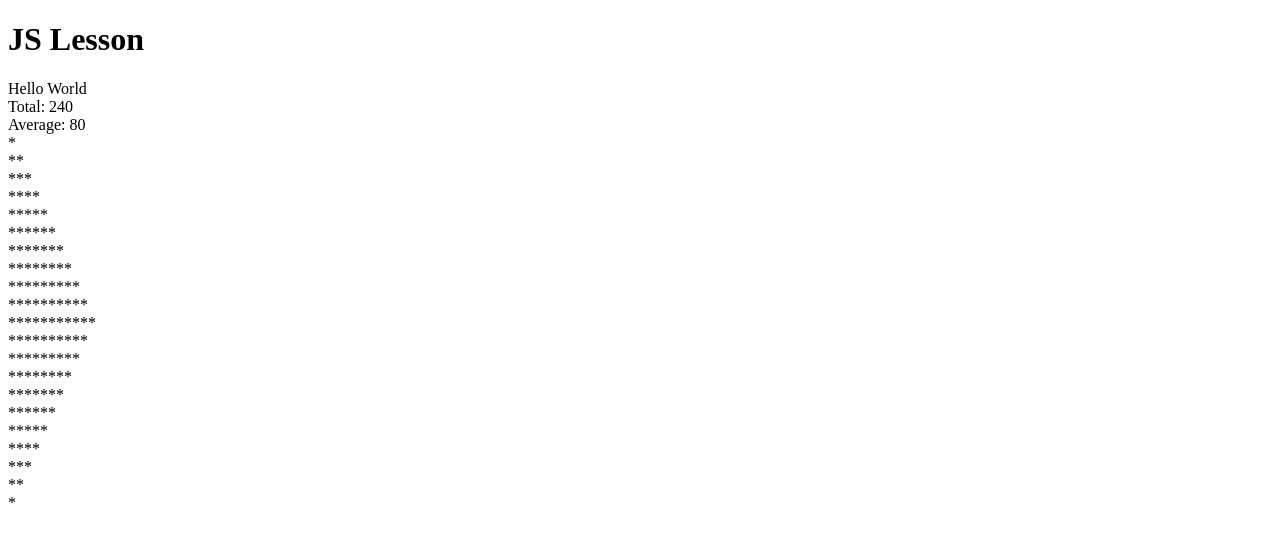
Repository: Haakim19/JavaScript
Page: index2.html
These files come from the project's save history. The page is drawn as it stood at one moment and after the next save; the edit follows.
The browser window is 1280 px wide. The pictures show the whole page.

Above is the page before, as saved 2024-11-06 15:34:00.

After the next save:
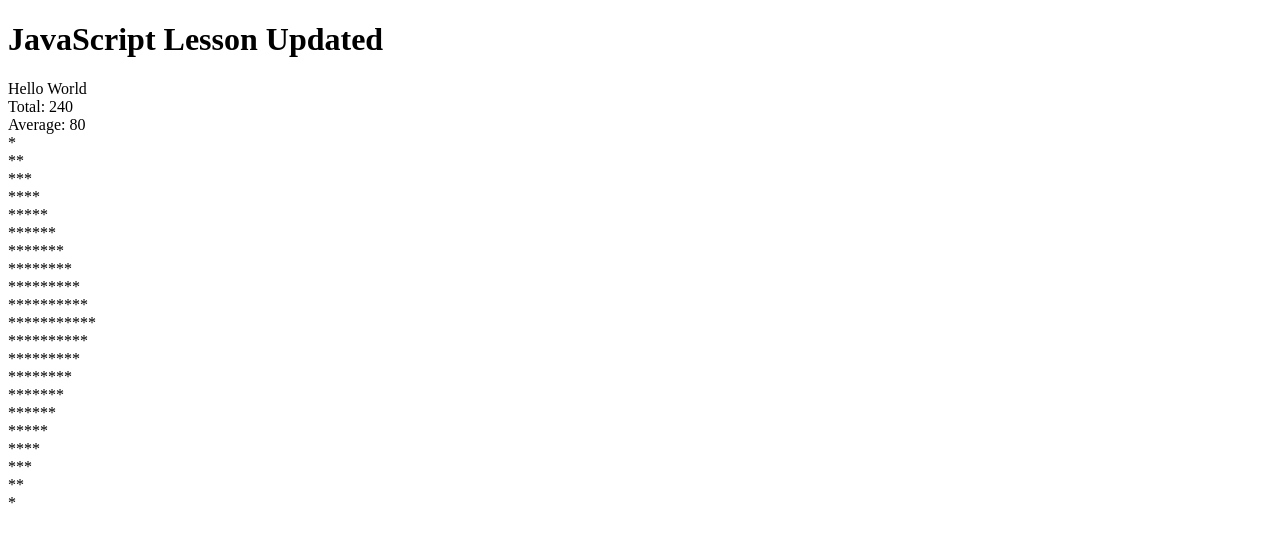
Saved 47 s later.
--- a/index2.html
+++ b/index2.html
@@ -33,7 +33,7 @@
             document.write('<br>');
         }
         window.alert("Hello World");
-        innerWidth = window.innerWidth;
+        document.getElementsByTagName('h1')[0].innerHTML = 'JavaScript Lesson Updated';
     </script>
 </body>
 </html>

After the save that followed:
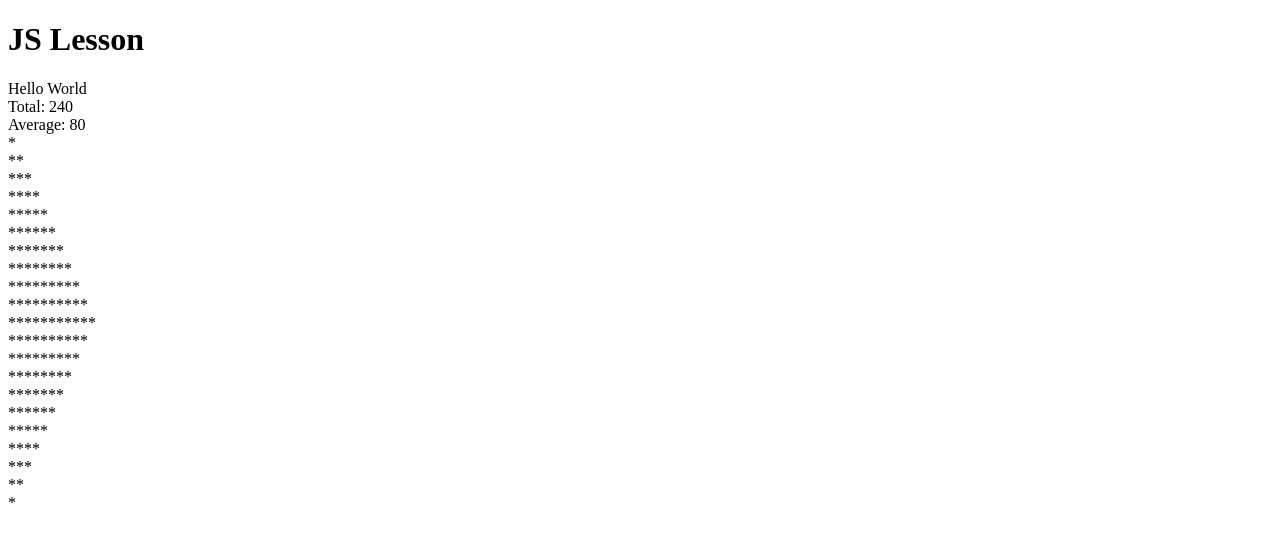
Saved 48 s later.
--- a/index2.html
+++ b/index2.html
@@ -33,7 +33,7 @@
             document.write('<br>');
         }
         window.alert("Hello World");
-        document.getElementsByTagName('h1')[0].innerHTML = 'JavaScript Lesson Updated';
+        // document.getElementsByTagName('h1')[0].innerHTML = 'JavaScript Lesson Updated';
     </script>
 </body>
 </html>
